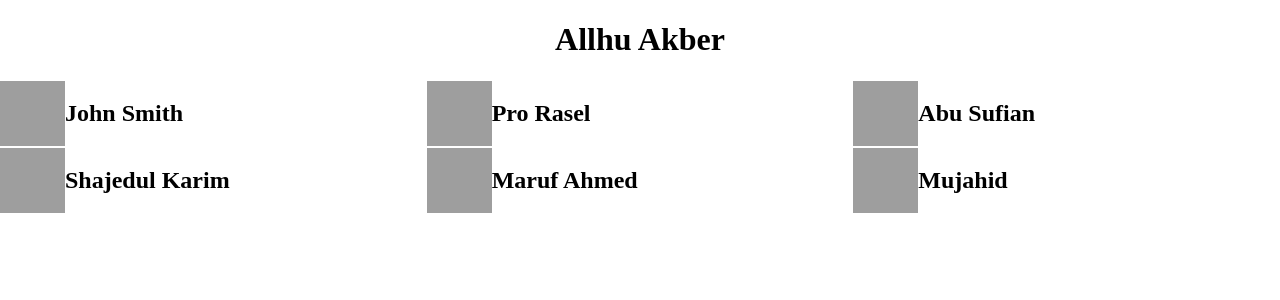
Repository: zjria/leader-board
Page: index.html
The author's editor kept a copy of each file at every save. The page is drawn from the files as they stood at one save, then again after the next save.
The browser window is 1280 px wide. The pictures show the whole page.
Pictures or frames that could not be fetched are drawn as grey boxes.

Above is the page before, as saved 2022-09-03 08:39:15.

After the next save:
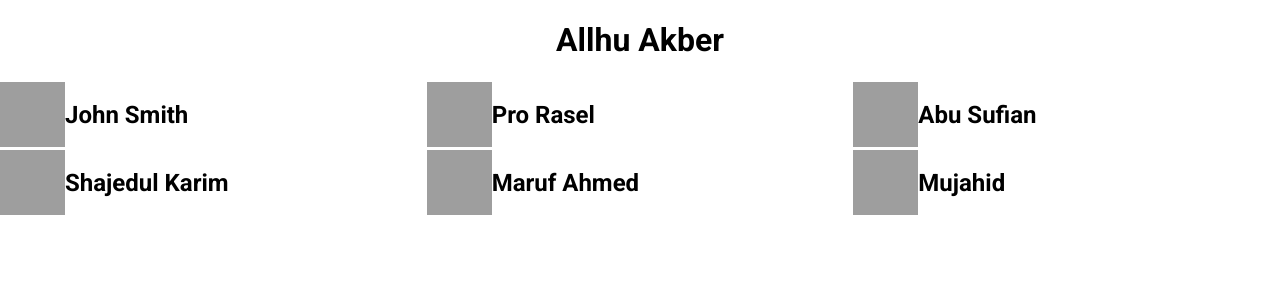
Saved 26 s later.
--- a/style/style.css
+++ b/style/style.css
@@ -4,6 +4,8 @@
 body {
     border: 0px;
     margin: 0px;
+    font-family: 'Poppins', sans-serif;
+    font-family: 'Roboto', sans-serif;
 }
 
 h1 {
